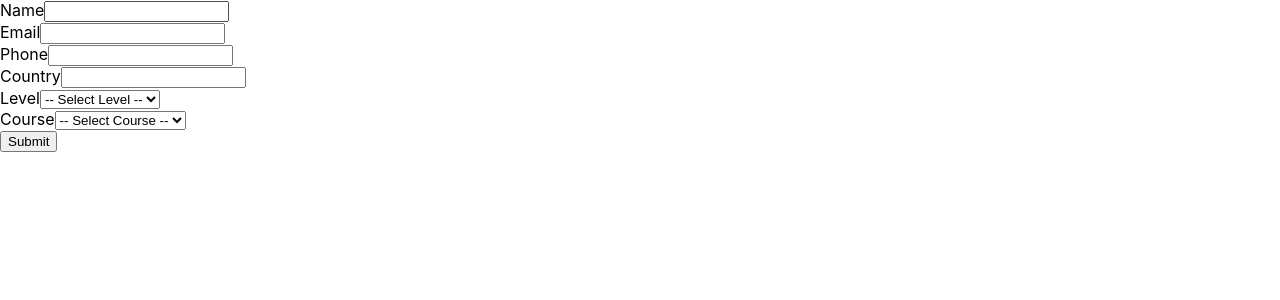
Repository: talha-mahmood/form_react
Page: /
An editor plug-in stored every save of this project. The page is shown before and after a run of saves, followed by the edit.
The browser window is 1280 px wide. The pictures show the whole page.
The project was rebuilt for these pictures with package versions that can differ from the ones it lists, and the page was loaded fresh each time.

Above is the page before, as saved 2023-03-13 15:47:25.

### public/index.html
<!DOCTYPE html>
<html lang="en">
  <head>
    <meta charset="utf-8" />
    <link rel="icon" href="%PUBLIC_URL%/favicon.ico" />
    <meta name="viewport" content="width=device-width, initial-scale=1" />
    <meta name="theme-color" content="#000000" />
    <meta
      name="description"
      content="Web site created using create-react-app"
    />

    <link rel="apple-touch-icon" href="%PUBLIC_URL%/logo192.png" />
    <!--
      manifest.json provides metadata used when your web app is installed on a
      user's mobile device or desktop. See https://developers.google.com/web/fundamentals/web-app-manifest/
    -->
    <link rel="manifest" href="%PUBLIC_URL%/manifest.json" />
    <!--
      Notice the use of %PUBLIC_URL% in the tags above.
      It will be replaced with the URL of the `public` folder during the build.
      Only files inside the `public` folder can be referenced from the HTML.

      Unlike "/favicon.ico" or "favicon.ico", "%PUBLIC_URL%/favicon.ico" will
      work correctly both with client-side routing and a non-root public URL.
      Learn how to configure a non-root public URL by running `npm run build`.
    -->
    <title>React App</title>
  </head>
  <body>
    <noscript>You need to enable JavaScript to run this app.</noscript>
    <div id="root"></div>

    <!--
      This HTML file is a template.
      If you open it directly in the browser, you will see an empty page.

      You can add webfonts, meta tags, or analytics to this file.
      The build step will place the bundled scripts into the <body> tag.

      To begin the development, run `npm start` or `yarn start`.
      To create a production bundle, use `npm run build` or `yarn build`.
    -->
  </body>
</html>

### src/App.js
import './App.css';
import React, { useState } from 'react';

const App=()=>{
  const [name, setName] = useState('');
  const [email, setEmail] = useState('');
  const [phone, setPhone] = useState('');
  const [country, setCountry] = useState('');
  const [level, setLevel] = useState('');
  const [course, setCourse] = useState('');

  const handleSubmit = (event) => {
    event.preventDefault();
    // TODO: handle form submission
  }

  return (
    <form onSubmit={handleSubmit}>
      <div>
        <label htmlFor="name">Name</label>
        <input
          type="text"
          id="name"
          value={name}
          onChange={(event) => setName(event.target.value)}
          required
        />
      </div>
      <div>
        <label htmlFor="email">Email</label>
        <input
          type="email"
          id="email"
          value={email}
          onChange={(event) => setEmail(event.target.value)}
          required
        />
      </div>
      <div>
        <label htmlFor="phone">Phone</label>
        <input
          type="tel"
          id="phone"
          value={phone}
          onChange={(event) => setPhone(event.target.value)}
          required
        />
      </div>
      <div>
        <label htmlFor="country">Country</label>
        <input
          type="text"
          id="country"
          value={country}
          onChange={(event) => setCountry(event.target.value)}
          required
        />
      </div>
      <div>
        <label htmlFor="level">Level</label>
        <select id="level" value={level} onChange={(event) => setLevel(event.target.value)} required>
          <option value="">-- Select Level --</option>
          <option value="Beginner">Beginner</option>
          <option value="Intermediate">Intermediate</option>
          <option value="Advanced">Advanced</option>
        </select>
      </div>
      <div>
        <label htmlFor="course">Course</label>
        <select id="course" value={course} onChange={(event) => setCourse(event.target.value)} required>
          <option value="">-- Select Course --</option>
          <option value="Quranic Arabic">Quranic Arabic</option>
          <option value="Tafseer">Tafseer</option>
          <option value="Hifz">Hifz</option>
        </select>
      </div>
      <button type="submit">Submit</button>
    </form>
  );
}

export default App;

### src/App.css
.App {
  text-align: center;
}

.App-logo {
  height: 40vmin;
  pointer-events: none;
}

@media (prefers-reduced-motion: no-preference) {
  .App-logo {
    animation: App-logo-spin infinite 20s linear;
  }
}

.App-header {
  background-color: #282c34;
  min-height: 100vh;
  display: flex;
  flex-direction: column;
  align-items: center;
  justify-content: center;
  font-size: calc(10px + 2vmin);
  color: white;
}

.App-link {
  color: #61dafb;
}

@keyframes App-logo-spin {
  from {
    transform: rotate(0deg);
  }
  to {
    transform: rotate(360deg);
  }
}

form{
  padding:1 rem;
}

Loaded but not shown: src/index.js (common file); src/index.css (common file); src/reportWebVitals.js (common file)

After the next 3 saves:
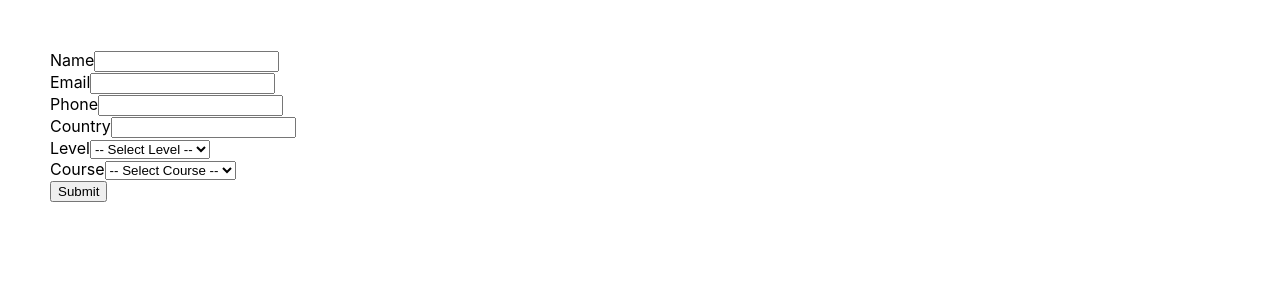
The 3 saves are shown as one change because they came seconds apart.
The last was saved 12 s later.
--- a/src/App.css
+++ b/src/App.css
@@ -38,5 +38,5 @@
 }
 
 form{
-  padding:1 rem;
+  padding: 50px;
 }
